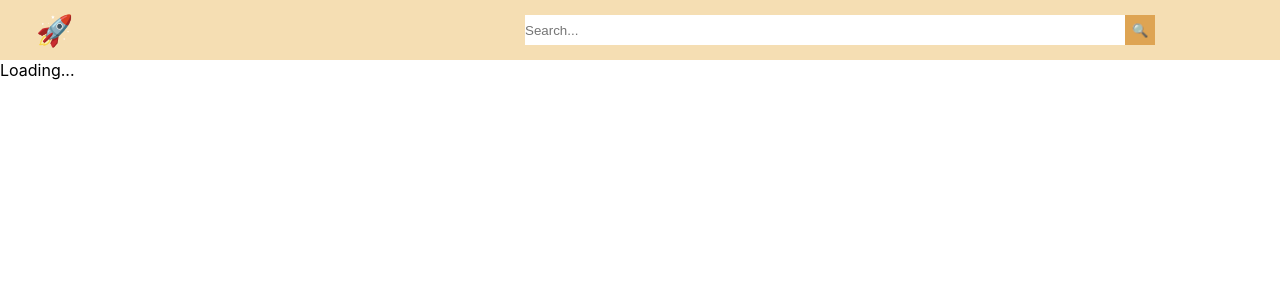
Repository: YEOMJINSEOP/React
Page: / (app in reactube/)
These files come from the project's save history. The page is drawn as it stood at one moment and after the next save; the edit follows.
The browser window is 1280 px wide. The pictures show the whole page.
The page's requests for data from a server got no answer. The project was rebuilt for these pictures with package versions that can differ from the ones it lists, and the page was loaded fresh each time. No one was signed in, and anything a server would have sent is missing. Also part of the build but not shown: reactube/src/app.css, reactube/src/components/videoList/VideoList.module.css, reactube/src/components/videoList/VideoList.jsx.

Above is the page before, as saved 2023-01-17 11:41:27.

After the next save:
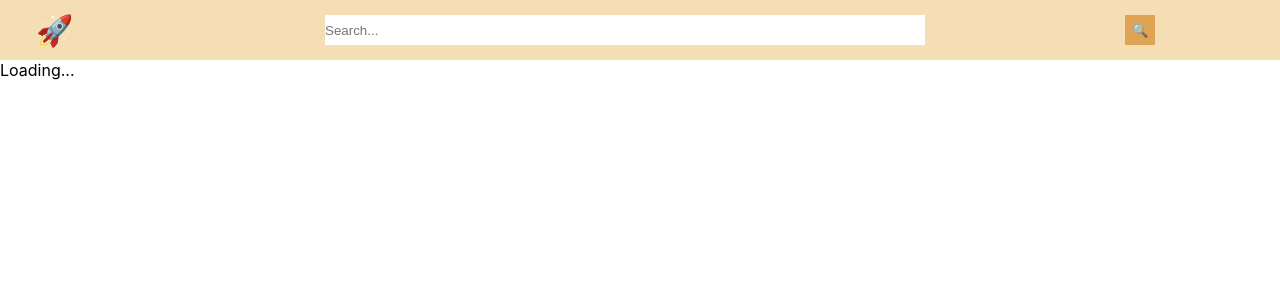
Saved 6 s later.
--- a/reactube/src/components/header/Header.module.css
+++ b/reactube/src/components/header/Header.module.css
@@ -26,8 +26,6 @@ button {
 .searchBox{
   width: 600px;
   height: 30px;
-  position: relative;
-  left: 200px;
   outline: none;
   border: none;
   padding: 0;
